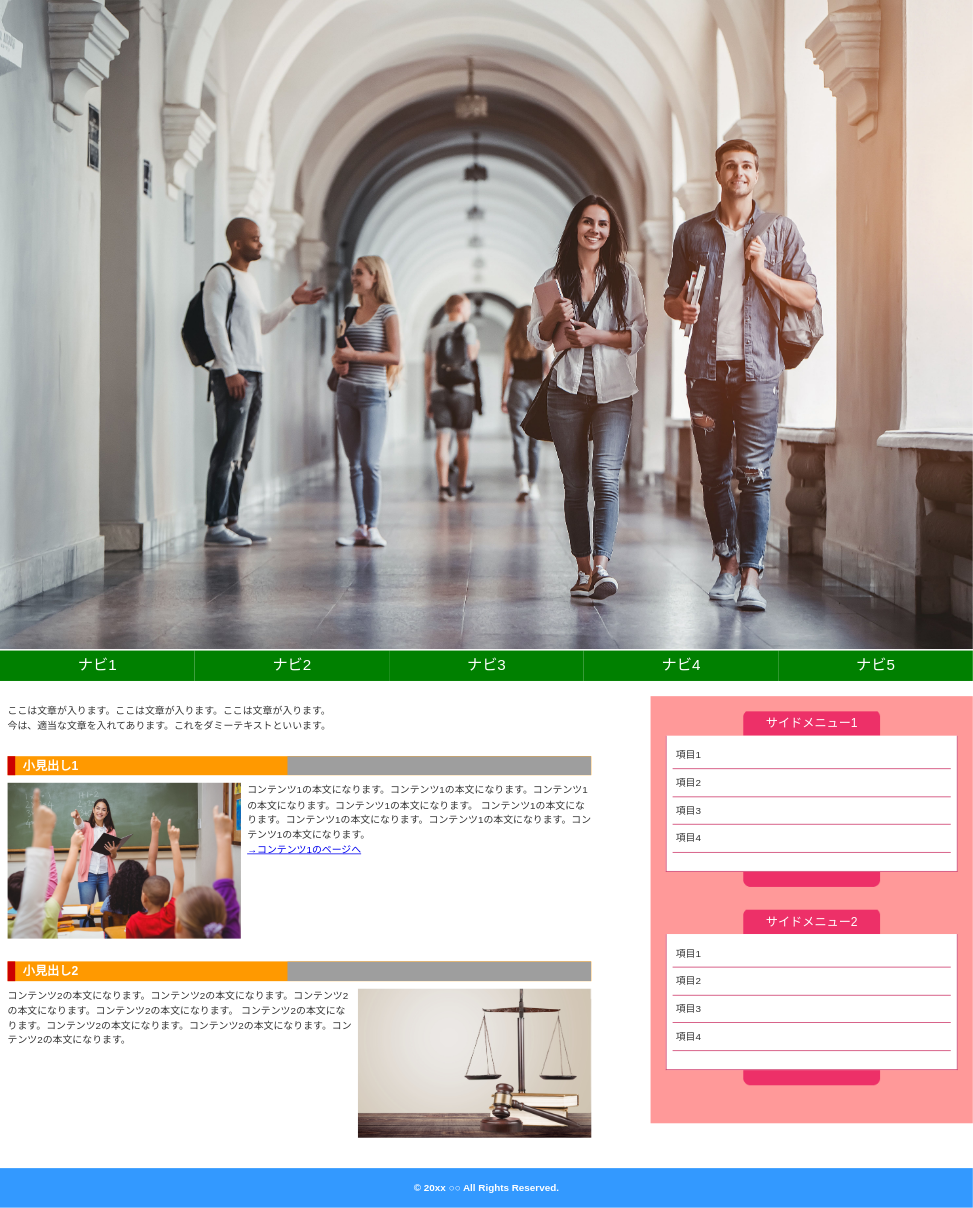
Repository: mizmo20/samurai_HTML-CSS
Page: home.html
The author's editor kept a record of every edit. The page is drawn from the files as they stood at one moment, then again after the next edit.
The browser window is 1280 px wide. The pictures show the whole page, at 76% of full size.
Pictures or frames that could not be fetched are drawn as grey boxes.

Above is the page before.

After the next edit:
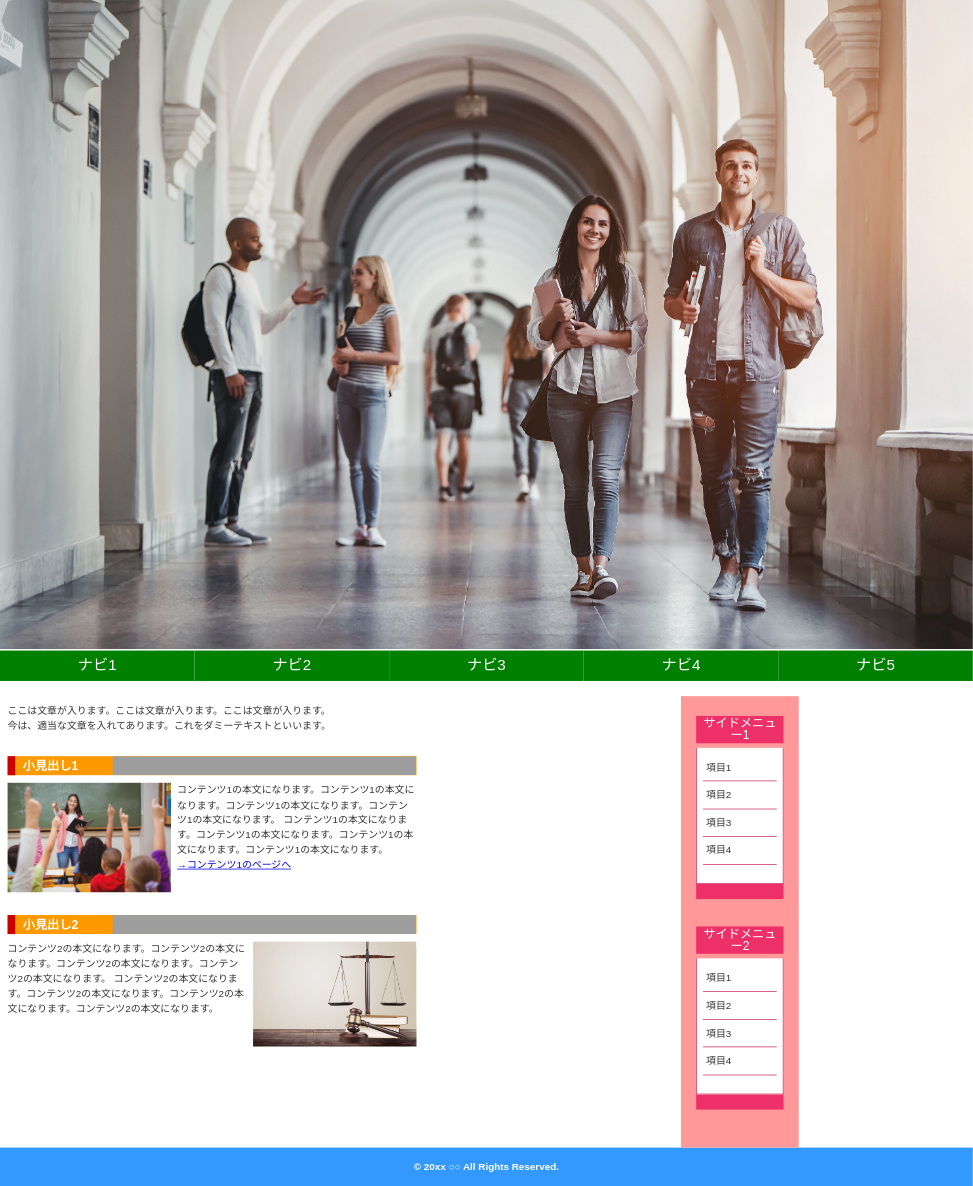
The edit:
--- a/stylesheet.css
+++ b/stylesheet.css
@@ -80,6 +80,8 @@
 	padding: auto;
 	padding-top: 20px;
 	clear: both;
+	display: grid;
+	grid-template-columns: 70vw 30vw
 }
 /* -------------------- main -------------------- */
 #main {
